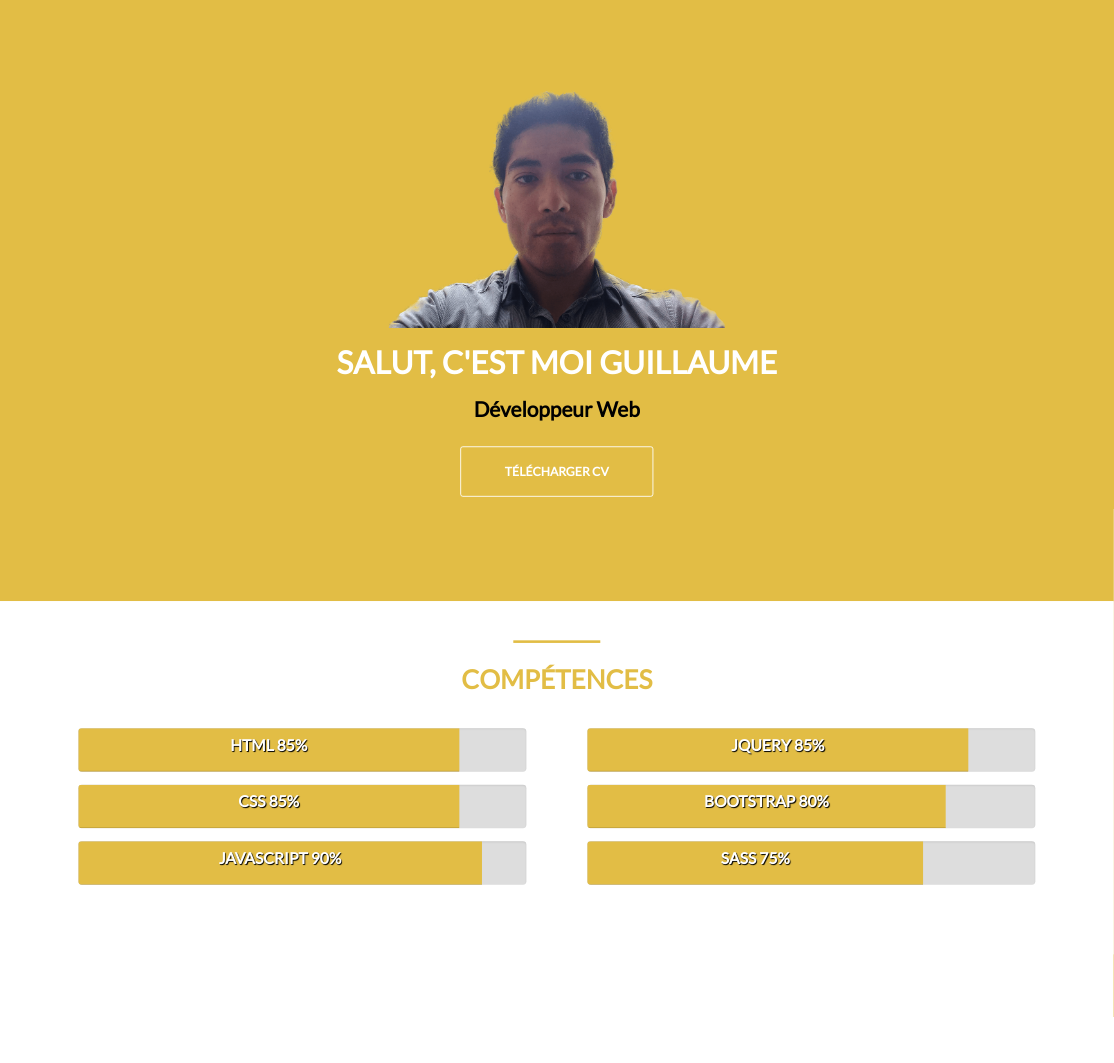
Repository: 0Memo/mon-cv
Page: index.html
These files come from the project's save history. The page is drawn as it stood at one moment and after the next save; the edit follows.
The browser window is 1280 px wide. The pictures show the whole page, at 87% of full size.

Above is the page before, as saved 2020-12-28 21:32:54.

### index.html
<!DOCTYPE html>
<html lang="en">
    <head>
        <meta charset="UTF-8">
        <meta name="viewport" content="width=device-width, initial-scale=1.0">
        <meta name="description" content="Voici mon cv, vous pourrez découvrir mon parcours de formation, et mes expériences professionnelles">
        <meta name="author" content="Guillaume Mehats">
        <title>Mon CV</title>
        <link rel="preconnect" href="https://fonts.gstatic.com">
        <link href="https://fonts.googleapis.com/css2?family=Lato&display=swap" rel="stylesheet">
        <link rel="stylesheet" href="css/bootstrap.min.css">
        <link rel="stylesheet" href="css/styles.css">
        <link rel="shortcut icon" href="img/colombia.png">
    </head>
    <body>
        <section id="about" class="container-fluid">
            <div class="col-xs-8 col-md-4 profile-picture">
                <img src="img/photo.png" alt="Guillaume" class="rounded-circle">
            </div>
            <div class="heading">
                <h1>Salut, c'est moi Guillaume</h1>
                <h3>Développeur Web</h3>
                <a href="docs/CV_Guillaume_Mehats.pdf" class="button1">Télécharger CV</a>
            </div>
        </section>

        <section id="skills">
            <div class="yellow-divider">
            </div>
            <div class="heading">
                <h2>Compétences</h2>
            </div>
            <div class="container">
                <div class="row">
                    <div class="col-md-6">
                        <div class="progress">
                            <div class="progress-bar" role="progressbar" aria-valuenow="85" aria-valuemin="0" aria-valuemax="100" style="width:85%">
                                <h5>HTML 85%</h5>
                            </div>
                        </div>
                        <div class="progress">
                            <div class="progress-bar" role="progressbar" aria-valuenow="85" aria-valuemin="0" aria-valuemax="100" style="width:85%">
                                <h5>CSS 85%</h5>
                            </div>
                        </div>
                        <div class="progress">
                            <div class="progress-bar" role="progressbar" aria-valuenow="90" aria-valuemin="0" aria-valuemax="100" style="width:90%">
                                <h5>JAVASCRIPT 90%</h5>
                            </div>
                        </div>
                    </div>
                    <div class="col-md-6">
                        <div class="progress">
                            <div class="progress-bar" role="progressbar" aria-valuenow="85" aria-valuemin="0" aria-valuemax="100" style="width:85%">
                                <h5>JQUERY 85%</h5>
                            </div>
                        </div>
                        <div class="progress">
                            <div class="progress-bar" role="progressbar" aria-valuenow="80" aria-valuemin="0" aria-valuemax="100" style="width:80%">
                                <h5>BOOTSTRAP 80%</h5>
                            </div>
                        </div>
                        <div class="progress">
                            <div class="progress-bar" role="progressbar" aria-valuenow="75" aria-valuemin="0" aria-valuemax="100" style="width:75%">
                                <h5>SASS 75%</h5>
                            </div>
                        </div>
                    </div>
                </div>
            </div>
        </section>

        <section id="experience">
            <div class="container">

            </div>
        </section>

        <script src="js/jquery-3.5.1.min.js"></script>
        <script src="https://cdn.jsdelivr.net/npm/popper.js@1.16.0/dist/umd/popper.min.js" integrity="sha384-Q6E9RHvbIyZFJoft+2mJbHaEWldlvI9IOYy5n3zV9zzTtmI3UksdQRVvoxMfooAo" crossorigin="anonymous"></script>
        <script src="js/bootstrap.min.js"></script>
        <script src="js/script.js"></script>
    </body>
</html>

### css/styles.css
:root {
    --color: #e2bd45;
}

body {
    font-family: 'Lato', sans-serif;
}

h1, h2, h3, h4, h5, h6 {
    font-weight: bold;
}


.profile-picture {
    text-align: center;
    margin: 0 auto;
    float: none;
}

img {
    max-width: 100%;
    height: auto;
}

section {
    padding: 45px 0 80px 0;
}

#about {
    padding-top: 100px;
    background: var(--color);
}

#about  .heading {
    text-align: center;
    padding-bottom: 40px;
}

#about .heading h1 {
    color: #fff;
    text-transform: uppercase;
}

#about .heading h3 {
    color: #000;
}

#about .heading .button1 {
    color: #fff;
    font-weight: bold;
    text-transform: uppercase;
    border: 1px solid #fff;
    margin-top: 20px;
    display: inline-block;
    padding: 18px 50px;
    border-radius: 3px;
    transition: all 0.3s ease-in 0s;
}

#about .heading .button1:hover {
    text-decoration: none;
    background: #fff;
    color: var(--color);
}

#skills {
    background: #fff;
}

#skills .yellow-divider {
    width: 100px;
    height: 3px;
    background: var(--color);
    margin: 0 auto;
}

#skills .heading h2 {
    color: var(--color);
    text-align: center;
    text-transform: uppercase;
    margin: 25px;
}

#skills .progress {
    height: 50px;
    background: #ddd;
}

#skills .progress:last-child {
    margin: 0 20px;
}

#skills .progress:not(:last-child) {
    margin: 15px 20px;

}

#skills .progress .progress-bar {
    background: var(--color);
}


#skills .progress .progress-bar h5 {
    text-shadow: 1px 1px 1px #000;
    font-size: 18px;
    line-height: 18px;
}

#experience .white-divider {
    width: 100px;
    height: 3px;
    background: #fff;
    margin: 0 auto;
}

Loaded but not shown: css/bootstrap.min.css (library); js/jquery-3.5.1.min.js (library); js/bootstrap.min.js (library); js/script.js (no copy from this time; the picture is the same without it)

After the next save:
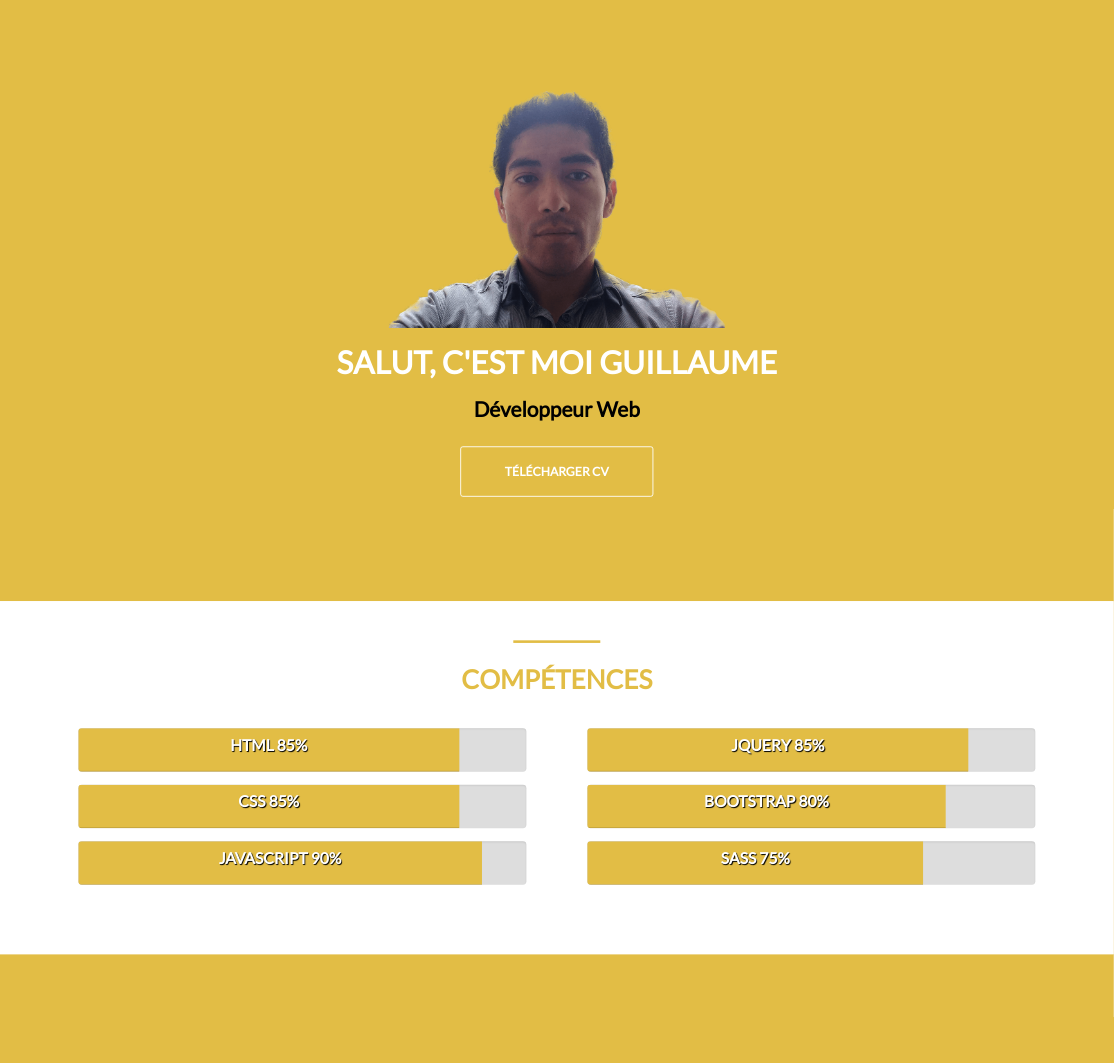
Saved 22 s later.
--- a/css/styles.css
+++ b/css/styles.css
@@ -106,6 +106,10 @@ section {
     line-height: 18px;
 }
 
+#experience {
+    background: var(--color);
+}
+
 #experience .white-divider {
     width: 100px;
     height: 3px;
